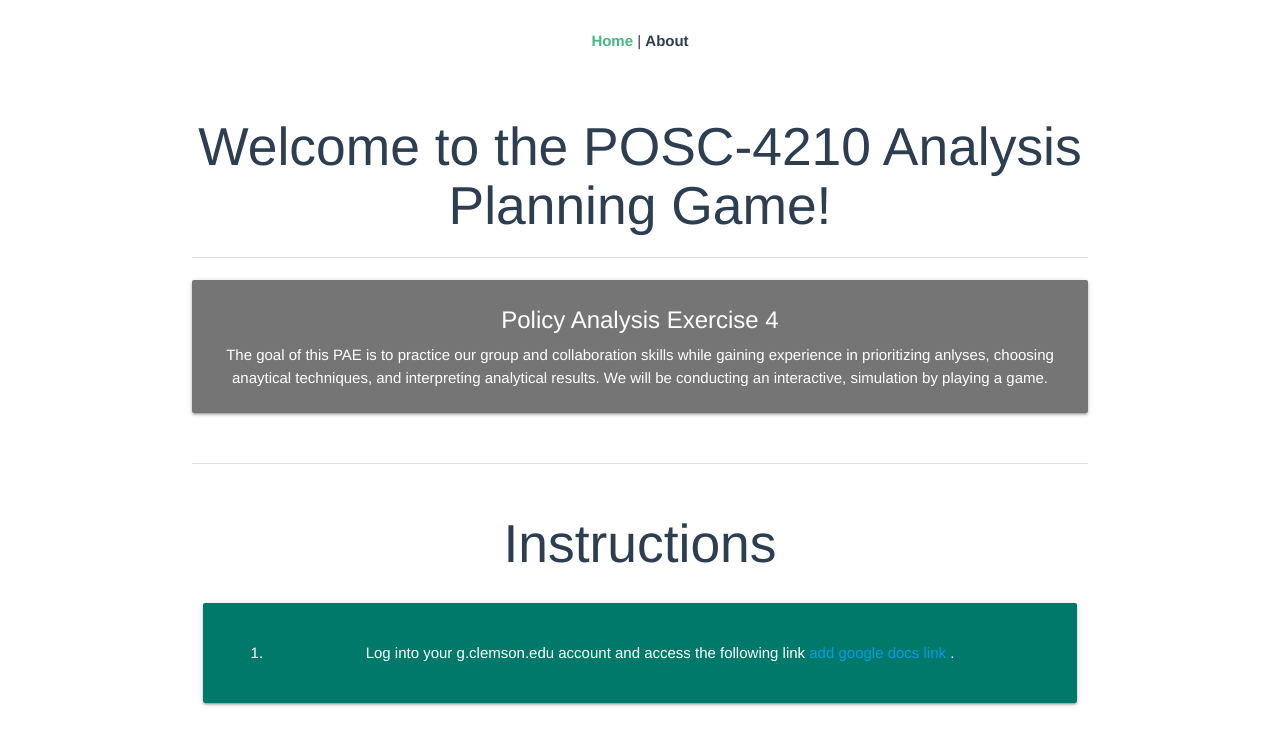
Repository: gallard28/posc4210app
Page: /
An editor plug-in stored every save of this project. The page is shown before and after a run of saves, followed by the edit.
The browser window is 1280 px wide. The pictures show the whole page.
The project was rebuilt for these pictures with package versions that can differ from the ones it lists, and the page was loaded fresh each time.

Above is the page before, as saved 2020-09-20 16:10:33.

### public/index.html
<!DOCTYPE html>
<html lang="en">
  <head>
    <meta charset="utf-8">
    <meta http-equiv="X-UA-Compatible" content="IE=edge">
    <meta name="viewport" content="width=device-width,initial-scale=1.0">
    <link rel="icon" href="<%= BASE_URL %>favicon.ico">
    <title><%= htmlWebpackPlugin.options.title %></title>

    <!-- Materialize CSS -->
    <!-- Compiled and minified CSS -->
    <link rel="stylesheet" href="https://cdnjs.cloudflare.com/ajax/libs/materialize/1.0.0/css/materialize.min.css">

    <!-- Compiled and minified JavaScript -->
    <script src="https://cdnjs.cloudflare.com/ajax/libs/materialize/1.0.0/js/materialize.min.js"></script>

  </head>
  <body>
    <noscript>
      <strong>We're sorry but <%= htmlWebpackPlugin.options.title %> doesn't work properly without JavaScript enabled. Please enable it to continue.</strong>
    </noscript>
    <div id="app"></div>
    <!-- built files will be auto injected -->
  </body>
</html>

### src/views/Home.vue
<template>
  <div class="home container">
    <div class="col s12">
      <h2>Welcome to the POSC-4210 Analysis Planning Game!</h2>
    </div>
    <!-- Description -->
    <div class="divider"></div>
    <div class="section">
      <div class="row">
        <div class="cols s12">
          <!-- Card -->
          <div class="card grey darken-1">
            <div class="card-content white-text">
              <span class="card-title">Policy Analysis Exercise 4</span>
              <p>The goal of this PAE is to practice our group and collaboration skills while gaining experience in prioritizing anlyses, choosing anaytical techniques, and interpreting analytical results. We will be conducting an interactive, simulation by playing a game.</p>
            </div>
          </div>
        </div>
    </div>
    </div>
    <!-- Insturctions -->
    <div class="divider"></div>
    <div class="section">
      <div class="headline">
        <h2>Instructions</h2>
      </div>
      <div class="row">
        <!-- Card 1 -->
        <div class="col s12">
          <div class="card teal darken-2">
            <div class="card-content">
              <p class="white-text">
                <ol>
                  <li>Log into your g.clemson.edu account and access the following link <a href="">add google docs link</a> .</li>
                </ol>
              </p>
            </div>
          </div>
        </div>
      </div>
    </div>


  </div>
</template>

<script>
export default {
  name: 'Home',
  components: {
  }
}
</script>

Loaded but not shown: src/main.js (common file); src/App.vue (common file); src/router/index.js (common file)

After the next 2 saves:
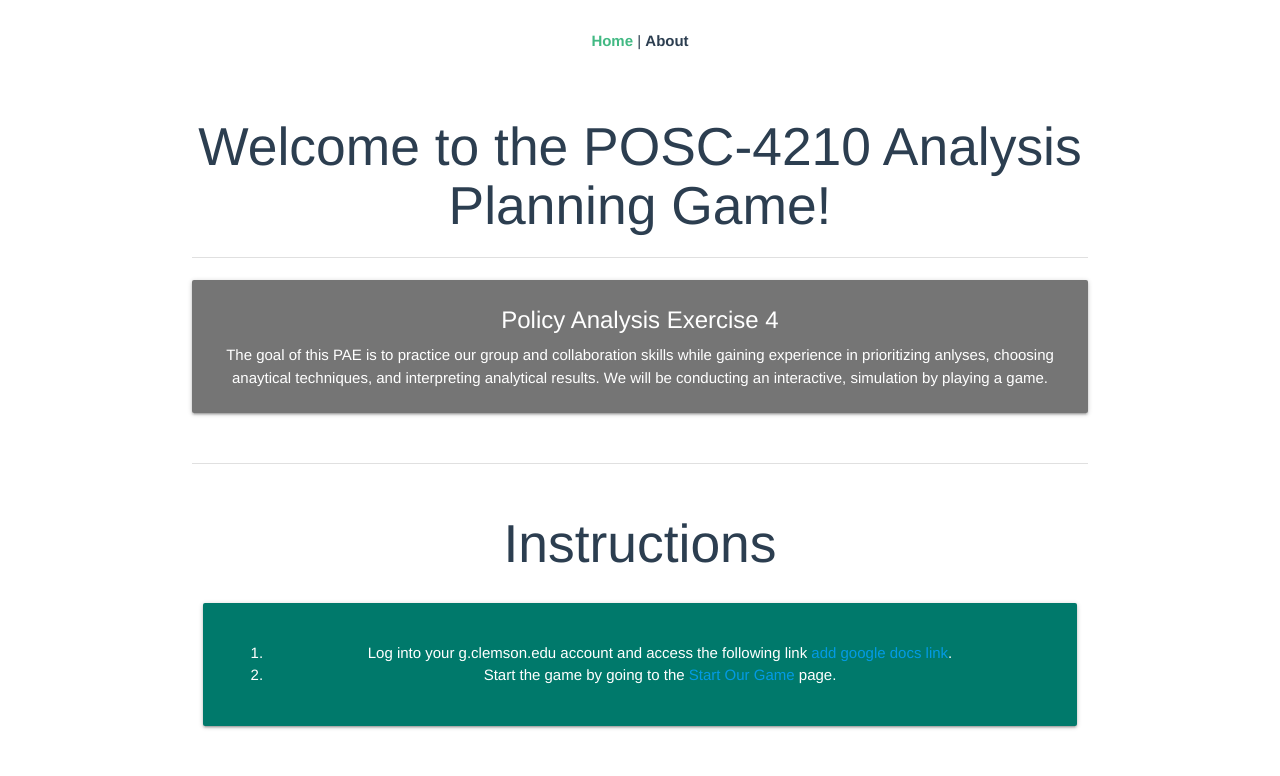
The 2 saves are shown as one change because they came seconds apart.
The last was saved 71 s later.
--- a/src/views/Home.vue
+++ b/src/views/Home.vue
@@ -31,7 +31,8 @@
             <div class="card-content">
               <p class="white-text">
                 <ol>
-                  <li>Log into your g.clemson.edu account and access the following link <a href="">add google docs link</a> .</li>
+                  <li>Log into your g.clemson.edu account and access the following link <a href="">add google docs link</a>. </li>
+                  <li>Start the game by going to the <router-link to="">Start Our Game</router-link> page.</li>
                 </ol>
               </p>
             </div>
